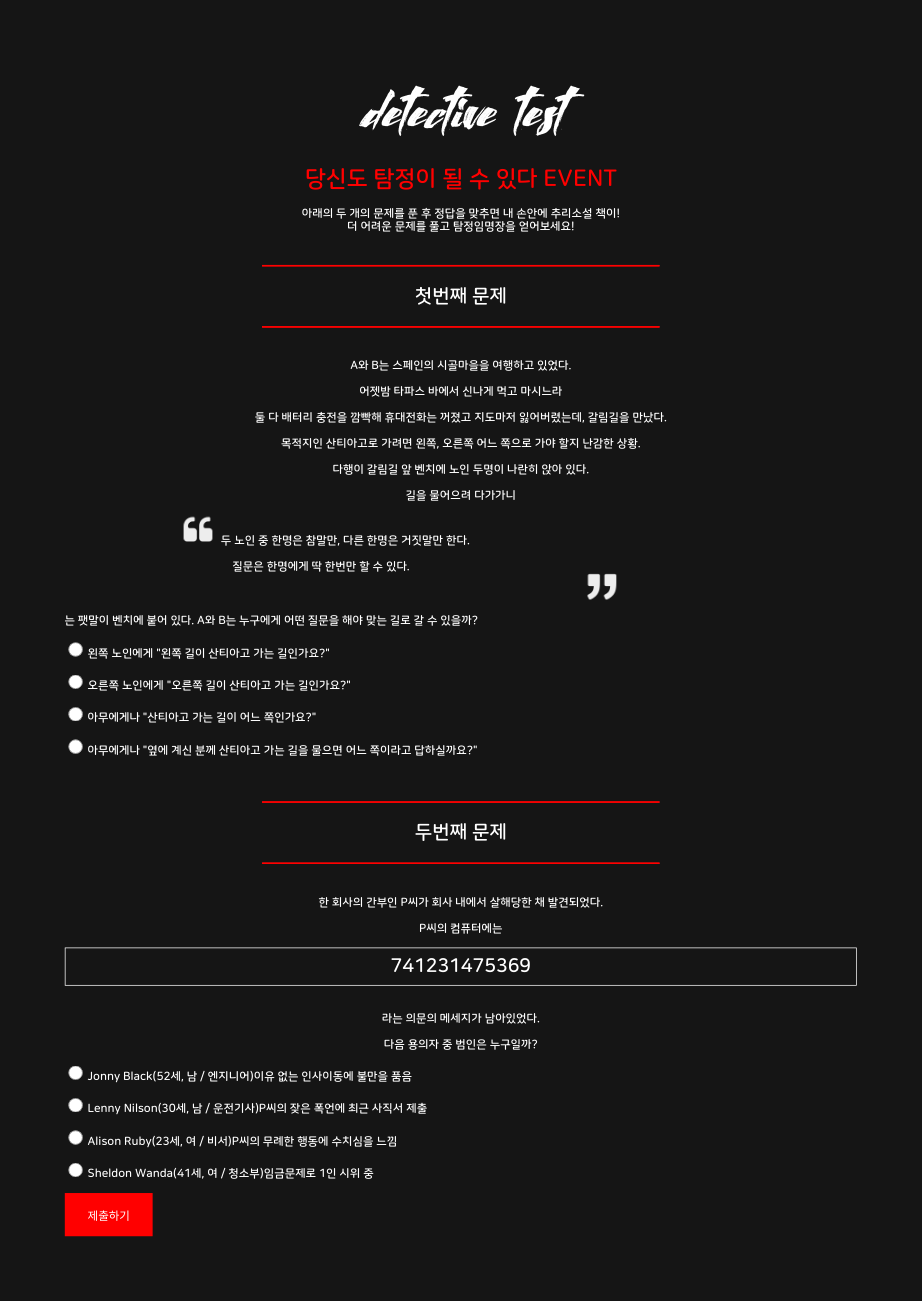
Repository: minkyung0421/Event_Project
Page: http://localhost/Event/quiz.jsp
An editor plug-in stored every save of this project. The page is shown before and after the next save, followed by the edit.
The browser window is 1280 px wide. The pictures show the whole page, at 72% of full size.
The page is served by Tomcat 9.

Above is the page before, as saved 2018-09-04 07:43:13.

After the next save:
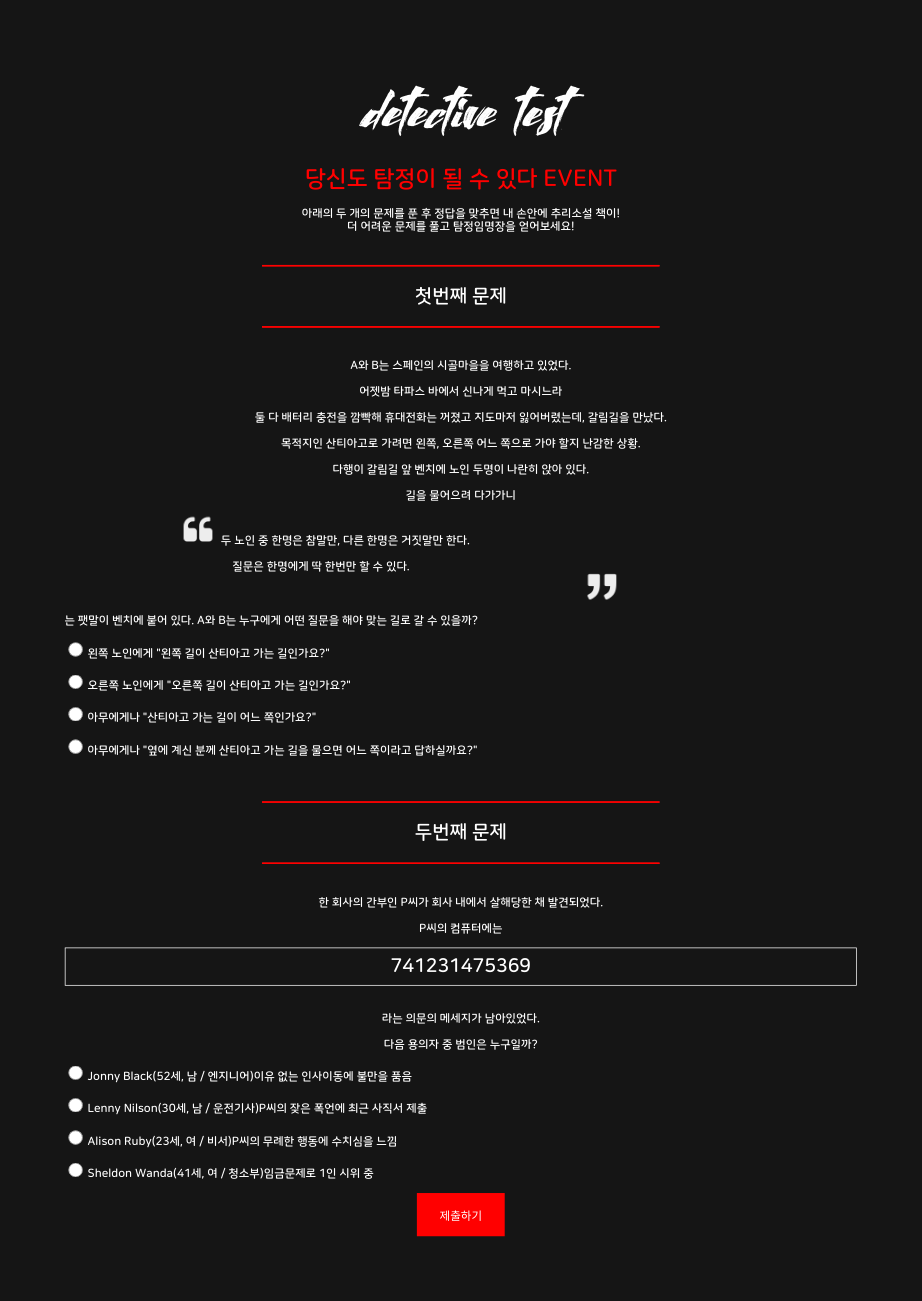
Saved 23 s later.
--- a/Event_Project/Event/WebContent/quiz.jsp
+++ b/Event_Project/Event/WebContent/quiz.jsp
@@ -115,7 +115,7 @@
 	<label><input type = "radio" name = "quiz2" value = "4" style="width:20px;height:20px;"> Sheldon Wanda(41세, 여 / 청소부)임금문제로 1인 시위 중</label><br><br>
 
 
-	<button>제출하기</button>
+	<center><button>제출하기</button></center>
 </form>
 
 </body>

After the save that followed:
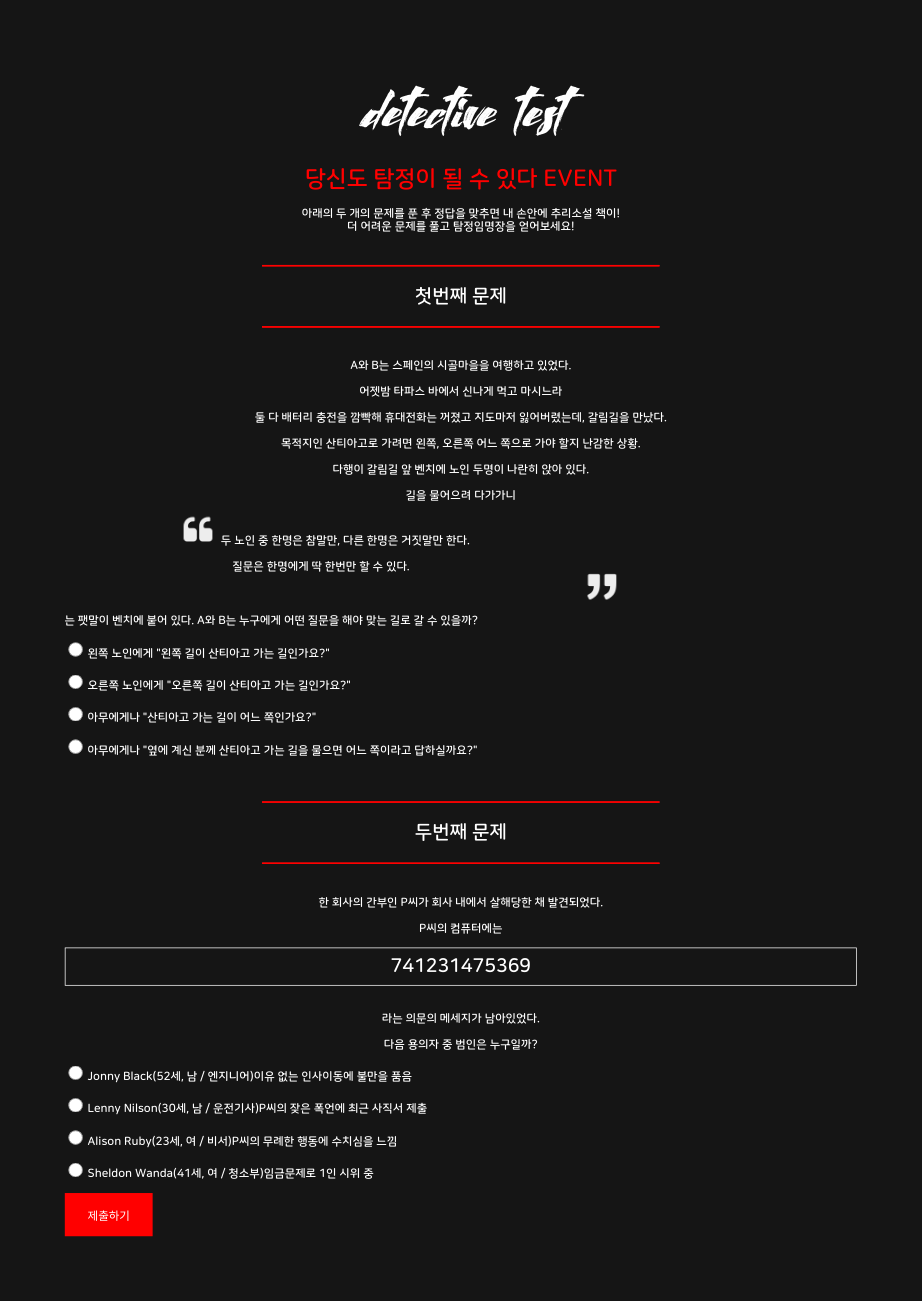
Saved 74 s later.
--- a/Event_Project/Event/WebContent/quiz.jsp
+++ b/Event_Project/Event/WebContent/quiz.jsp
@@ -115,7 +115,7 @@
 	<label><input type = "radio" name = "quiz2" value = "4" style="width:20px;height:20px;"> Sheldon Wanda(41세, 여 / 청소부)임금문제로 1인 시위 중</label><br><br>
 
 
-	<center><button>제출하기</button></center>
+	<button>제출하기</button>
 </form>
 
 </body>
